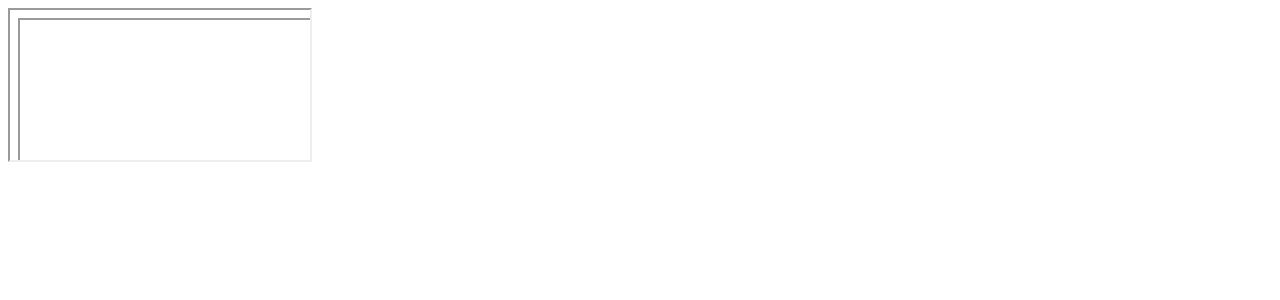
Repository: viveknaidu007/repo-113-HTML
Page: 12.html
These files come from the project's save history. The page is drawn as it stood at one moment and after the next save; the edit follows.
The browser window is 1280 px wide. The pictures show the whole page.

Above is the page before, as saved 2024-06-25 16:09:04.

### 12.html
<!DOCTYPE html>
<html lang="en">
    <head>
        <meta charset="UTF-8">
        <meta http-equiv="X-UA-Compatible" content="IE=edge">
        <meta name="viewport" content="width=device-width, initial-scale=1.0">
        <title> iframe tags </title>
    </head>

    <body>
        <iframe src="12.html" ></iframe>
    </body>
</html>

### 11.html
<!DOCTYPE html>
<html lang="en">
    <head>
        <meta charset="UTF-8">
        <meta http-equiv="X-UA-Compatible" content="IE=edge">
        <meta name="viewport" content="width=device-width, initial-scale=1.0">
        <title> audio and video tags </title>
    </head>

    <body>
        <details>
            <summary> paragraph1</summary>
            hi this vivkekfndfndnfjsnsj,
            fnjksdfksjdnffjksdkv
            fdhsbhdsbjknfksfn
            lfnkdfjjndfvkjdvbkbvdkdsjvbvbja;kvja
            vhkbhkvbvjkbjadj
        </details>

        <details>
            <summary> paragraph2</summary>
            hiidlslvnskfnlnasflnflansfnafi.
            fdsnfjlkaskfkasfkaf,
            ekjnfkdjswkfkbfbkf,
            fndwjskbkfbebswbkbkbfkeJ
        </details>

        <details>
            <summary> paragraph 3</summary>
            hi , this is vivekejkdsbvfskdbjvbkbav,
            sdfjklsajskslf
            swdkfjckfkjbdfbkwbfukwhkhuf,
            djfljkabfkabesbfakjbaek
        </details>


        <details>
            <summary> image1 </summary>
            <img src="nature.jpg" alt="" width="200px" height="200">
        </details>
    </body>
</html>

After the next save:
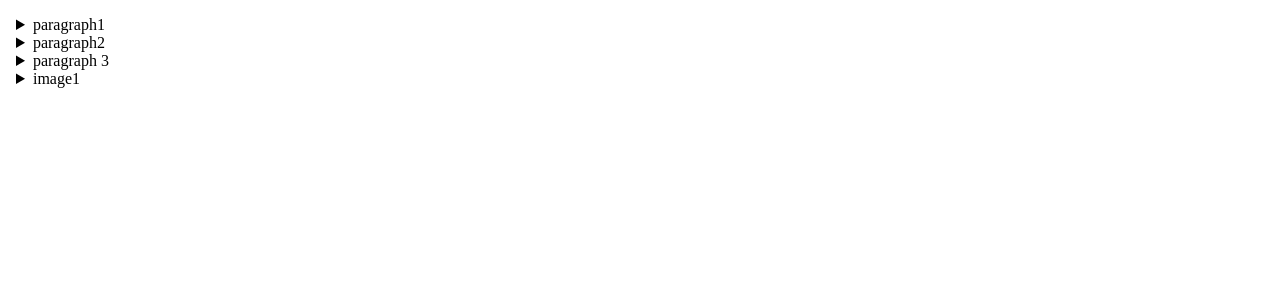
Saved 37 s later.
--- a/12.html
+++ b/12.html
@@ -8,6 +8,6 @@
     </head>
 
     <body>
-        <iframe src="12.html" ></iframe>
+        <iframe src="11.html" frameborder="0"> hello </iframe>
     </body>
 </html>
